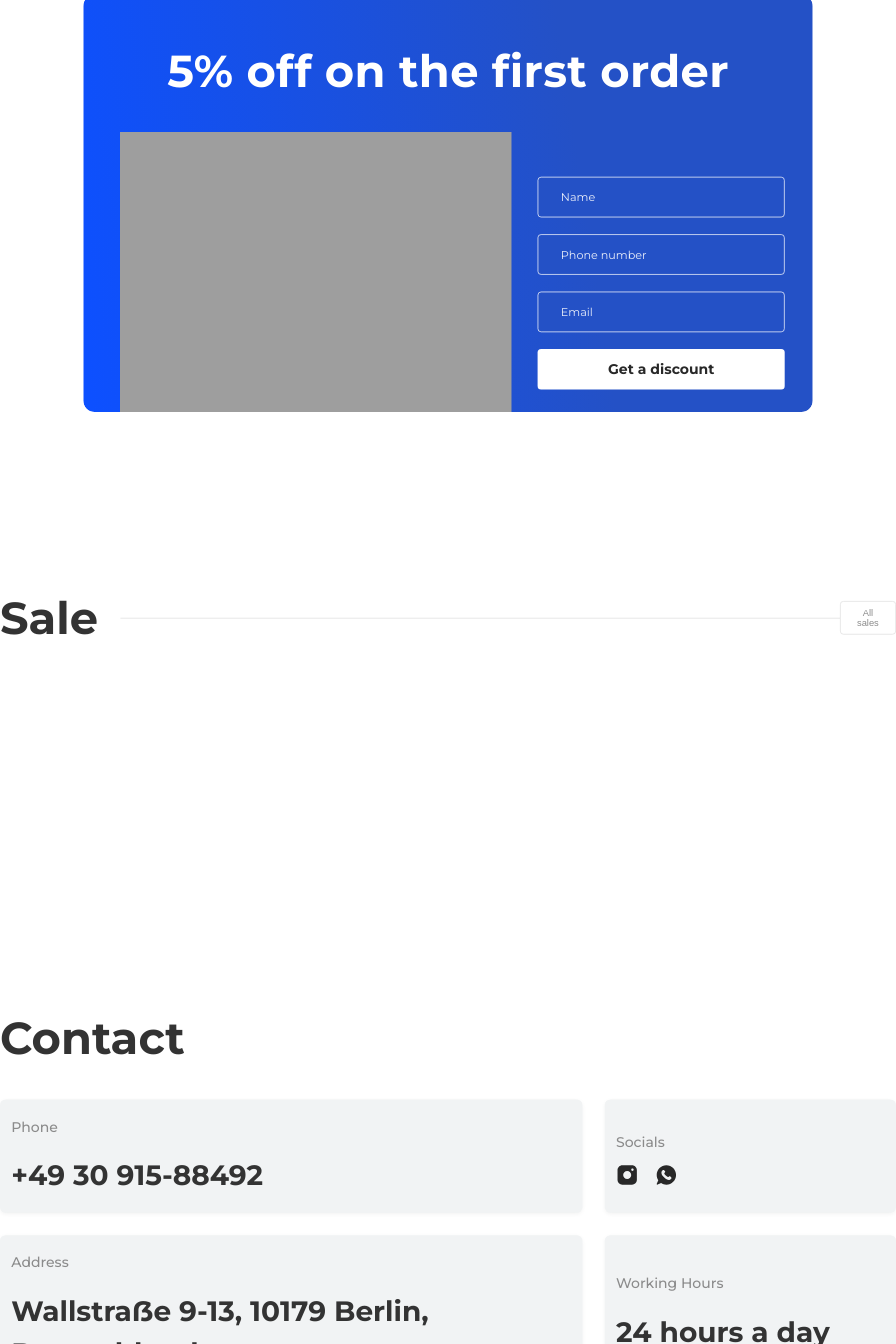
Repository: jursylian/PET-INTERNET-SHOP-PROJECT
Page: /
These files come from the project's save history. The page is drawn as it stood at one moment and after a run of saves; the edit follows.
The browser window is 1280 px wide. The pictures show the part of the page from y = 1541 to 3461 px (the page is 3920 px tall before and 3917 px after), at 70% of full size.
Pictures or frames that could not be fetched are drawn as grey boxes. The page's requests for data from a server got no answer. The project was rebuilt for these pictures with package versions that can differ from the ones it lists, and the page was loaded fresh each time. No one was signed in, and anything a server would have sent is missing. Also part of the build but not shown: vite.config.js, src/pages/CategoriesAll/CategoriesAll.module.css, src/layouts/PageSection/PageSection.module.css, src/layouts/PageSection/PageSection.jsx, src/pages/CategoriesAll/CategoriesAll.jsx, src/redux/productsSelectors.js, src/components/ProductFilter/ProductFilter.module.css, src/components/ProductFilter/ProductFilter.jsx and 22 more.

Above is the page before, as saved 2025-11-06 18:30:59.

After the next 2 saves:
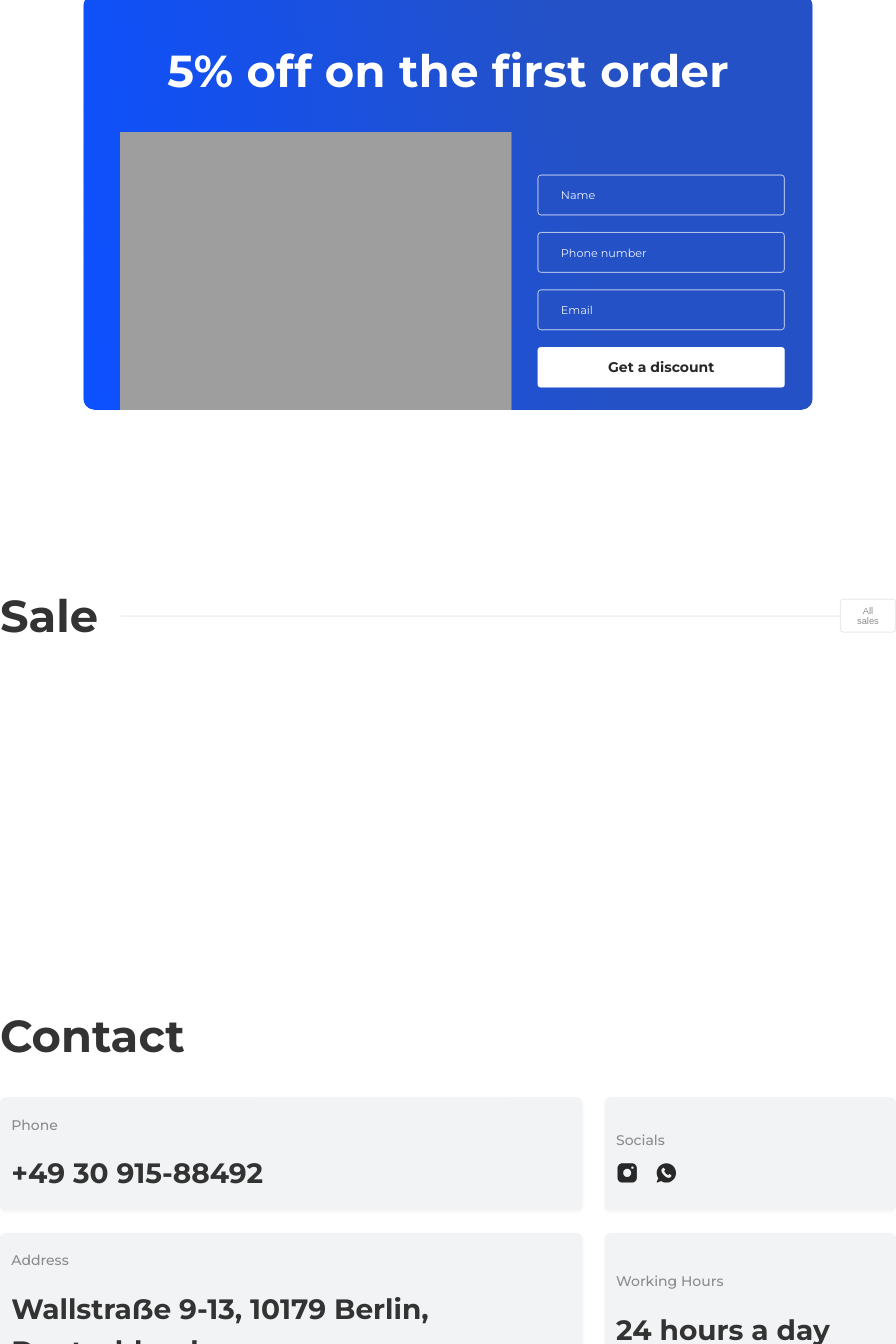
The 2 saves are shown as one change because they came seconds apart.
The last was saved 7 s later.
--- a/src/components/DiscountForm/DiscountForm.module.css
+++ b/src/components/DiscountForm/DiscountForm.module.css
@@ -46,7 +46,7 @@
   max-width: none;
   height: 420px;
   object-fit: contain;
-  margin-bottom: -20px; /* прижимает к низу */
+  margin-bottom: -23px; /* прижимает к низу */
   transform: translateX(-5%); /* чуть сдвигаем влево для визуального баланса */
 }
 
